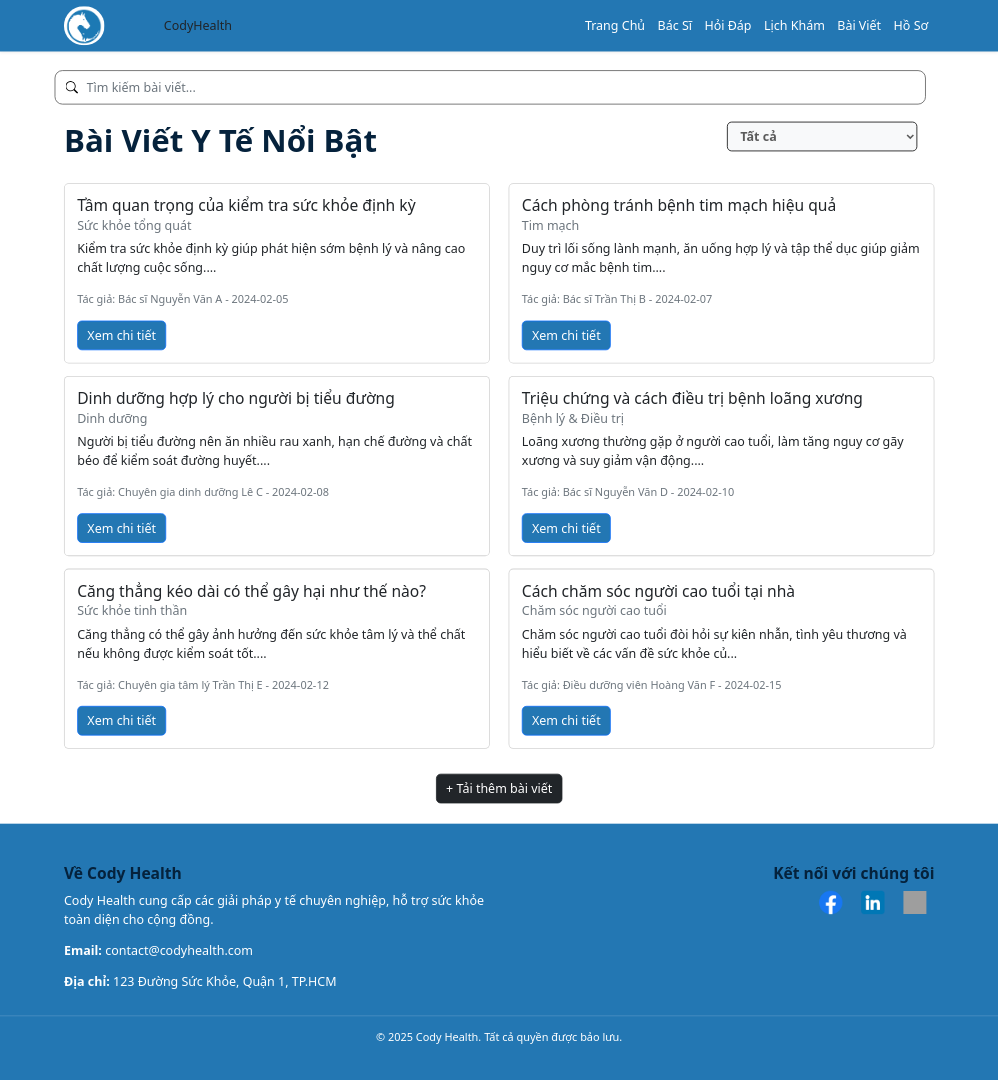
Repository: JonesKhaii/CodySocial
Page: tests/web-test/index.html
These files come from the project's save history. The page is drawn as it stood at one moment and after the next save; the edit follows.
The browser window is 1280 px wide. The pictures show the whole page, at 78% of full size.
Pictures or frames that could not be fetched are drawn as grey boxes.

Above is the page before, as saved 2025-02-09 23:01:02.

### tests/web-test/index.html
<!DOCTYPE html>
<html lang="vi">
    <head>
        <title>Bài Viết Y Tế - Trang Chủ</title>
        <meta charset="UTF-8" />
        <meta name="author" content="Felipe E. Cassimiro" />
        <meta name="viewport" content="width=device-width, initial-scale=1.0" />
        <link
            href="https://cdn.jsdelivr.net/npm/bootstrap@5.2.3/dist/css/bootstrap.min.css"
            rel="stylesheet"
        />
        <link rel="stylesheet" href="asset/css/mystyle.css" />
        <script src="https://cdn.jsdelivr.net/npm/bootstrap@5.2.3/dist/js/bootstrap.bundle.min.js"></script>
        <script src="https://code.jquery.com/jquery-3.6.1.min.js"></script>
        <link rel="icon" href="Images/logo.png" />
    </head>

    <body>
        <header
            class="navbar navbar-expand-lg navbar-light bg-primary shadow-sm"
        >
            <div class="container">
                <!-- Logo và tên thương hiệu -->
                <div class="logo-container d-flex align-items-center">
                    <img
                        src="asset/images/logo.png"
                        alt="Logo"
                        class="logo me-2"
                        style="height: 50px; border-radius: 50px"
                    />
                    <a class="navbar-brand fs-2 text-white" href="#"></a>
                        CodyHealth</a
                    >
                </div>

                <!-- Nút Toggle cho Mobile -->
                <button
                    class="navbar-toggler"
                    type="button"
                    data-bs-toggle="collapse"
                    data-bs-target="#navbarNav"
                >
                    <span class="navbar-toggler-icon"></span>
                </button>

                <!-- Menu chính -->
                <div class="collapse navbar-collapse" id="navbarNav">
                    <ul class="navbar-nav ms-auto">
                        <li class="nav-item">
                            <a class="nav-link text-white" href="#"
                                >Trang Chủ</a
                            >
                        </li>
                        <li class="nav-item">
                            <a class="nav-link text-white" href="doctors.html"
                                >Bác Sĩ</a
                            >
                        </li>
                        <li class="nav-item">
                            <a class="nav-link text-white" href="#">Hỏi Đáp</a>
                        </li>
                        <li class="nav-item">
                            <a
                                class="nav-link text-white"
                                href="appointment.html"
                                >Lịch Khám</a
                            >
                        </li>
                        <li class="nav-item">
                            <a class="nav-link text-white" href="blog.html"
                                >Bài Viết</a
                            >
                        </li>
                        <li class="nav-item">
                            <a class="nav-link text-white" href="#">Hồ Sơ</a>
                        </li>
                    </ul>
                </div>
            </div>
        </header>

        <div class="container-fluid mt-4">
            <div class="container">
                <!-- Thanh tìm kiếm -->
                <form class="nosubmit">
                    <div class="row">
                        <input
                            class="nosubmit form-control"
                            type="text"
                            id="Pesquisar"
                            placeholder="Tìm kiếm bài viết..."
                            autocomplete="off"
                        />
                    </div>
                </form>

                <!-- Tiêu đề và bộ lọc -->
                <div class="row mt-3">
                    <div class="col-6">
                        <h1>Bài Viết Y Tế Nổi Bật</h1>
                    </div>
                    <div class="col-6 text-end">
                        <select class="btn btn-light" id="Genero">
                            <option>Tất cả</option>
                            <option>Sức khỏe tổng quát</option>
                            <option>Tim mạch</option>
                            <option>Dinh dưỡng</option>
                            <option>Bệnh lý & Điều trị</option>
                            <option>Sức khỏe tinh thần</option>
                            <option>Chăm sóc người cao tuổi</option>
                            <option>Sức khỏe phụ nữ</option>
                            <option>Sức khỏe nam giới</option>
                        </select>
                    </div>
                </div>

                <!-- Danh sách bài viết -->
                <div class="row mt-3" id="Articles">
                    <!-- Bài viết sẽ được tải động vào đây -->
                </div>

                <!-- Nút tải thêm bài viết -->
                <div class="text-center">
                    <button
                        type="button"
                        class="btn btn-dark mt-3"
                        id="PlusArticles"
                    >
                        + Tải thêm bài viết
                    </button>
                </div>
            </div>
        </div>

        <footer class="footer text-white">
            <div class="container">
                <div class="row">
                    <!-- Giới thiệu -->
                    <div class="col-md-6">
                        <h4>Về Cody Health</h4>
                        <p>
                            Cody Health cung cấp các giải pháp y tế chuyên
                            nghiệp, hỗ trợ sức khỏe toàn diện cho cộng đồng.
                        </p>
                        <p><b>Email:</b> contact@codyhealth.com</p>
                        <p>
                            <b>Địa chỉ:</b> 123 Đường Sức Khỏe, Quận 1, TP.HCM
                        </p>
                    </div>

                    <!-- Mạng xã hội -->
                    <div class="col-md-6 text-md-end">
                        <h4>Kết nối với chúng tôi</h4>
                        <div class="social-icons">
                            <a href="#"
                                ><img src="asset/images/icon/facebook.png" alt="Facebook"
                            /></a>
                            <a href="#"
                                ><img src="asset/images/icon/linkedin.png" alt="Linkedin"
                            /></a>
                            <a href="#"
                                ><img
                                    src="asset/images/icon/instagram.png"
                                    alt="Instagram"
                            /></a>
                        </div>
                    </div>
                </div>
            </div>

            <div class="copyright text-center mt-3">
                <p>© 2025 Cody Health. Tất cả quyền được bảo lưu.</p>
            </div>
        </footer>

        <!-- Script -->
        <script src="asset/js/main.js"></script>
    </body>
</html>

### tests/web-test/asset/css/mystyle.css
.btn-primary {
    background-color: #2377b3 !important;
}
header.bg-primary {
    background-color: #2377b3 !important;
}
.navbar-toggler {
    border-color: #fff; /* Đổi màu viền thành trắng */
}

.navbar-toggler-icon {
    filter: invert(1); /* Đảo màu từ đen sang trắng */
}

/*General*/
h1 {
    color: #05223c;
    font-weight: bold;
}

h4 {
    color: #05223c;
    font-weight: bold;
}

.container-fluid {
    margin-top: 4%;
    margin-bottom: 2%;
}

.col-4 > p {
    margin-top: 3%;
    margin-bottom: 1%;
}

.col-4 > p > ol {
    margin-bottom: 1%;
}

.row {
    margin-top: 2% !important;
}

.col-12 > h1 {
    text-align: center;
}
/*End General*/

/*Header*/
header > .navbar {
    padding: 0px;
    border-top: 10px solid #747474;
    border-bottom: 10px solid #747474;
}

.Header {
    background-color: #747474;
    padding: 0px;
    margin: 0px;
}

#navbarSupportedContent {
    flex-grow: 0;
}

.navbar-toggler {
    margin-right: 12px;
    float: right;
}
.navbar-brand {
    font-weight: 700;
    margin-left: 12px;
    width: 40px;
}
/*End Header*/

/*Body*/
form.nosubmit {
    border: none;
    padding: 0;
}

input.nosubmit {
    border-radius: 10px;
    width: 98%;
    border: 1px solid #555;
    display: block;
    padding: 9px 4px 9px 40px;
    background: transparent
        url("data:[embedded picture, 348 characters]")
        no-repeat 13px center;
}

#Ordem > option,
#Genero > option {
    text-align: left;
}

#Ordem,
#Genero {
    margin-right: 4%;
    float: right;
    border: 1px solid black;
    color: #5b5b5b;
    font-weight: bold;
}

#Games > div > img {
    width: 100%;
    height: 250px;
}

#Games > div {
    margin-top: 2%;
}

#Games > div > a {
    margin-top: 1.5%;
    color: black;
    text-decoration: none;
    font-size: 1.25rem;
    margin-top: 0;
    margin-bottom: 0.5rem;
    font-weight: 500;
    line-height: 1.2;
}

#Games > div > a:hover {
    color: gray;
}

#Publisher > div > img {
    width: 100%;
    height: 250px;
}

#Desc > img {
    height: 450px;
}

@media (max-width: 1200px) {
    #Games > div > img {
        height: 180px;
    }
    #Publisher > div > img {
        height: 180px;
    }
}

@media (max-width: 1065px) {
    #Desc > img {
        height: 450px;
    }
}

@media (max-width: 990px) {
    #Desc > img {
        height: 370px;
    }
}

@media (max-width: 768px) {
    #Games > div > img {
        height: 250px;
    }
    #Publisher > div > img {
        height: 250px;
    }
    #Desc > img {
        height: 270px;
    }
}

@media (max-width: 610px) {
    #Desc > img {
        height: 230px;
    }
}

@media (max-width: 450px) {
    #Games > div > img {
        height: 180px;
    }
    #Publisher > div > img {
        height: 180px;
    }
    #Desc > img {
        height: 180px;
    }
}

@media (max-width: 350px) {
    #Desc > img {
        height: 140px;
    }
}
/*Fim Body*/

/*Footer*----------------------------------------------------------------------------------------------------------/
/* Footer */
.footer {
    background-color: #2377b3; /* Màu xanh chủ đạo */
    padding: 30px 0;
    font-size: 16px;
}

/* Tiêu đề */
.footer h4 {
    font-size: 20px;
    font-weight: bold;
    margin-bottom: 10px;
}

/* Mạng xã hội */
.social-icons a {
    display: inline-block;
    margin: 0 10px;
    transition: transform 0.3s ease-in-out;
}

.social-icons img {
    width: 30px;
    height: 30px;
}

.social-icons a:hover {
    transform: scale(1.2);
}

/* Bản quyền */
.copyright {
    border-top: 1px solid rgba(255, 255, 255, 0.2);
    padding-top: 15px;
    font-size: 14px;
}

/* RESPONSIVE ----------------------------------------------------------------------------------------------------------------*/

@media (max-width: 990px) {
    #About > div > div > div > #Ico {
        width: 6%;
    }
    #About > div > div > div > #Social {
        width: 8%;
    }
}

@media (max-width: 760px) {
    #About > div > div > div > #Ico {
        width: 8%;
    }
    #About > div > div > div > #Social {
        width: 10%;
    }
}

footer {
    background-color: #b2b2b2;
    font-size: small;
    width: 100%;
}

footer > div > img {
    float: right;
    padding-right: 15px;
}
/*Fim Footer*/

### tests/web-test/asset/js/main.js
$(document).ready(function () {
    loadArticles(false, window.screen.width);
});

// Biến đếm số trang để tải thêm bài viết
var countArticles = 1;

// Sự kiện khi nhấn nút "Tải thêm bài viết"
$("#PlusArticles").click(function () {
    countArticles += 1;
    loadArticles(false, window.screen.width);
});

// Sự kiện thay đổi thể loại bài viết
$("#Genero").on('change', function () {
    countArticles = 1;
    loadArticles(true, window.screen.width);
});

// Sự kiện tìm kiếm bài viết
$('#Pesquisar').on('input', function () {
    countArticles = 1;
    loadArticles(true, window.screen.width);
});

// Thay đổi bố cục khi thay đổi kích thước cửa sổ
$(window).resize(function () {
    var width = $(window).width();
    adjustLayout(width);
});

// Hàm tải bài viết từ file JSON
function loadArticles(clearArticles, w_width) {
    if (clearArticles) {
        $("#Articles").empty();
    }

    $.getJSON("asset/js/articles.json", function (data) {
        // Lọc bài viết theo thể loại
        let selectedCategory = $("#Genero option:selected").text().toLowerCase();
        if (selectedCategory !== "tất cả") {
            data = data.filter(article => article.category.toLowerCase() === selectedCategory);
        }

        // Tìm kiếm bài viết theo tiêu đề
        let searchQuery = $("#Pesquisar").val().toLowerCase();
        if (searchQuery !== "") {
            data = data.filter(article => article.title.toLowerCase().includes(searchQuery));
        }

        // Phân trang (mỗi lần tải thêm 6 bài viết)
        let startIndex = (countArticles - 1) * 6;
        let articlesToShow = data.slice(startIndex, startIndex + 6);

        // Hiển thị bài viết
        articlesToShow.forEach(article => {
            let articleHtml = `
                <div class="col-${getColumnSize(w_width)}">
                    <div class="card mb-3">
                        <div class="card-body">
                            <h5 class="card-title">${article.title}</h5>
                            <h6 class="card-subtitle mb-2 text-muted">${article.category}</h6>
                            <p class="card-text">${article.content.substring(0, 100)}...</p>
                            <p class="card-text"><small class="text-muted">Tác giả: ${article.author} - ${article.published_date}</small></p>
                            <a href="article-detail.html?id=${article.id}" class="btn btn-primary">Xem chi tiết</a>
                        </div>
                    </div>
                </div>
            `;
            $("#Articles").append(articleHtml);
        });

        // Ẩn nút "Tải thêm" nếu không còn bài viết nào
        if (startIndex + 6 >= data.length) {
            $("#PlusArticles").hide();
        } else {
            $("#PlusArticles").show();
        }
    }).fail(function () {
        console.error("Không thể tải dữ liệu từ articles.json");
    });
}

// Hàm xác định số cột hiển thị dựa trên kích thước màn hình
function getColumnSize(w_width) {
    if (w_width <= 768) return 12;  // 1 cột trên màn hình nhỏ
    if (w_width > 768 && w_width <= 990) return 6; // 2 cột trên màn hình trung bình
    return 4; // 3 cột trên màn hình lớn
}

// Hàm điều chỉnh bố cục khi thay đổi kích thước cửa sổ
function adjustLayout(width) {
    $('#Articles').children().each(function () {
        $(this).attr('class', `col-${getColumnSize(width)}`);
    });
}

### tests/web-test/asset/js/articles.json
[
    {
        "id": 1,
        "title": "Tầm quan trọng của kiểm tra sức khỏe định kỳ",
        "category": "Sức khỏe tổng quát",
        "content": "Kiểm tra sức khỏe định kỳ giúp phát hiện sớm bệnh lý và nâng cao chất lượng cuộc sống.",
        "author": "Bác sĩ Nguyễn Văn A",
        "published_date": "2024-02-05"
    },
    {
        "id": 2,
        "title": "Cách phòng tránh bệnh tim mạch hiệu quả",
        "category": "Tim mạch",
        "content": "Duy trì lối sống lành mạnh, ăn uống hợp lý và tập thể dục giúp giảm nguy cơ mắc bệnh tim.",
        "author": "Bác sĩ Trần Thị B",
        "published_date": "2024-02-07"
    },
    {
        "id": 3,
        "title": "Dinh dưỡng hợp lý cho người bị tiểu đường",
        "category": "Dinh dưỡng",
        "content": "Người bị tiểu đường nên ăn nhiều rau xanh, hạn chế đường và chất béo để kiểm soát đường huyết.",
        "author": "Chuyên gia dinh dưỡng Lê C",
        "published_date": "2024-02-08"
    },
    {
        "id": 4,
        "title": "Triệu chứng và cách điều trị bệnh loãng xương",
        "category": "Bệnh lý & Điều trị",
        "content": "Loãng xương thường gặp ở người cao tuổi, làm tăng nguy cơ gãy xương và suy giảm vận động.",
        "author": "Bác sĩ Nguyễn Văn D",
        "published_date": "2024-02-10"
    },
    {
        "id": 5,
        "title": "Căng thẳng kéo dài có thể gây hại như thế nào?",
        "category": "Sức khỏe tinh thần",
        "content": "Căng thẳng có thể gây ảnh hưởng đến sức khỏe tâm lý và thể chất nếu không được kiểm soát tốt.",
        "author": "Chuyên gia tâm lý Trần Thị E",
        "published_date": "2024-02-12"
    },
    {
        "id": 6,
        "title": "Cách chăm sóc người cao tuổi tại nhà",
        "category": "Chăm sóc người cao tuổi",
        "content": "Chăm sóc người cao tuổi đòi hỏi sự kiên nhẫn, tình yêu thương và hiểu biết về các vấn đề sức khỏe của họ.",
        "author": "Điều dưỡng viên Hoàng Văn F",
        "published_date": "2024-02-15"
    },
    {
        "id": 7,
        "title": "Dấu hiệu sớm của ung thư vú cần lưu ý",
        "category": "Sức khỏe phụ nữ",
        "content": "Phát hiện sớm ung thư vú giúp nâng cao hiệu quả điều trị và giảm nguy cơ biến chứng.",
        "author": "Bác sĩ Lê Hồng G",
        "published_date": "2024-02-18"
    },
    {
        "id": 8,
        "title": "Cách tăng cường sức khỏe sinh sản cho nam giới",
        "category": "Sức khỏe nam giới",
        "content": "Dinh dưỡng và lối sống lành mạnh giúp cải thiện sức khỏe sinh sản ở nam giới.",
        "author": "Bác sĩ Nguyễn Hoàng H",
        "published_date": "2024-02-20"
    },
    {
        "id": 9,
        "title": "Những thực phẩm tốt cho hệ tiêu hóa",
        "category": "Dinh dưỡng",
        "content": "Một số loại thực phẩm giúp cải thiện hệ tiêu hóa, giảm táo bón và tăng cường sức khỏe đường ruột.",
        "author": "Chuyên gia dinh dưỡng Trần Minh I",
        "published_date": "2024-02-22"
    },
    {
        "id": 10,
        "title": "Bí quyết duy trì huyết áp ổn định",
        "category": "Tim mạch",
        "content": "Hạn chế muối, ăn nhiều rau xanh và tập thể dục giúp kiểm soát huyết áp hiệu quả.",
        "author": "Bác sĩ Nguyễn Anh J",
        "published_date": "2024-02-25"
    },
    {
        "id": 11,
        "title": "Tập thể dục buổi sáng có lợi ích gì?",
        "category": "Sức khỏe tổng quát",
        "content": "Tập thể dục buổi sáng giúp cải thiện tuần hoàn máu, tăng cường năng lượng và tinh thần.",
        "author": "Huấn luyện viên thể dục Hoàng Văn K",
        "published_date": "2024-02-27"
    },
    {
        "id": 12,
        "title": "Cách nhận biết dấu hiệu đột quỵ sớm",
        "category": "Bệnh lý & Điều trị",
        "content": "Nhận biết sớm dấu hiệu đột quỵ giúp tăng khả năng cứu sống và phục hồi nhanh hơn.",
        "author": "Bác sĩ Phạm Thị L",
        "published_date": "2024-03-01"
    },
    {
        "id": 13,
        "title": "Tác hại của thiếu ngủ đối với sức khỏe",
        "category": "Sức khỏe tinh thần",
        "content": "Thiếu ngủ kéo dài có thể làm suy giảm trí nhớ, gây béo phì và tăng nguy cơ bệnh tim mạch.",
        "author": "Bác sĩ Nguyễn Hoàng M",
        "published_date": "2024-03-03"
    },
    {
        "id": 14,
        "title": "Hướng dẫn chế độ ăn kiêng lành mạnh",
        "category": "Dinh dưỡng",
        "content": "Một chế độ ăn kiêng lành mạnh giúp duy trì cân nặng và bảo vệ sức khỏe tim mạch.",
        "author": "Chuyên gia dinh dưỡng Lê Minh N",
        "published_date": "2024-03-05"
    },
    {
        "id": 15,
        "title": "Những điều cần biết về tiêm chủng cho trẻ em",
        "category": "Sức khỏe tổng quát",
        "content": "Tiêm chủng giúp bảo vệ trẻ khỏi các bệnh truyền nhiễm nguy hiểm.",
        "author": "Bác sĩ Nhi khoa Phạm Thị O",
        "published_date": "2024-03-07"
    }
]

After the next save:
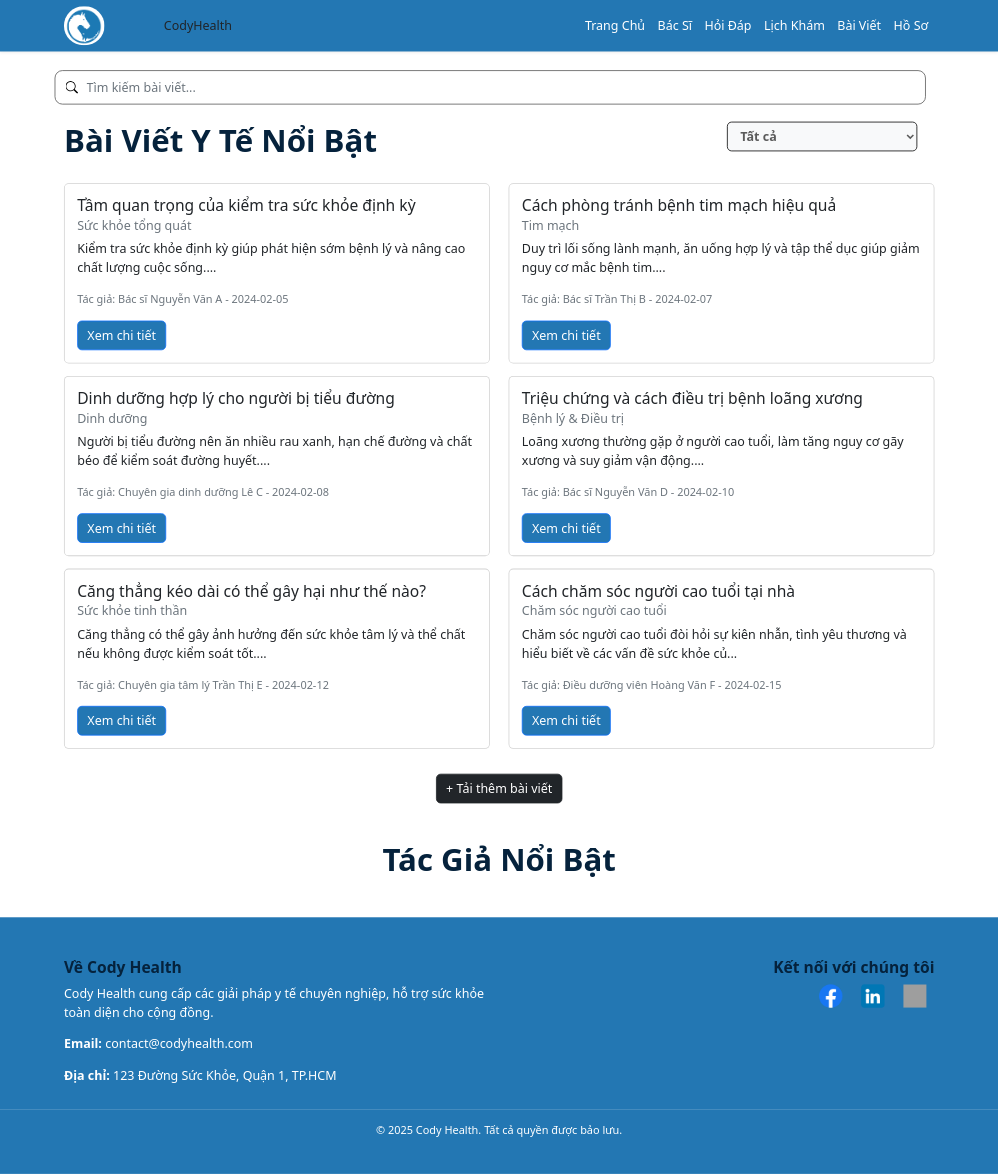
Saved 7 min 52 s later.
--- a/tests/web-test/index.html
+++ b/tests/web-test/index.html
@@ -129,6 +129,18 @@
                         + Tải thêm bài viết
                     </button>
                 </div>
+                <div class="container-fluid mt-5">
+                    <div class="container">
+                        <!-- Tiêu đề -->
+                        <h1 class="mb-4 text-center">Tác Giả Nổi Bật</h1>
+
+                        <!-- Danh sách tác giả -->
+                        <div class="row" id="PopularAuthors">
+                            <!-- Tác giả sẽ được tải động vào đây -->
+                        </div>
+                    </div>
+                </div>
+
             </div>
         </div>
 
